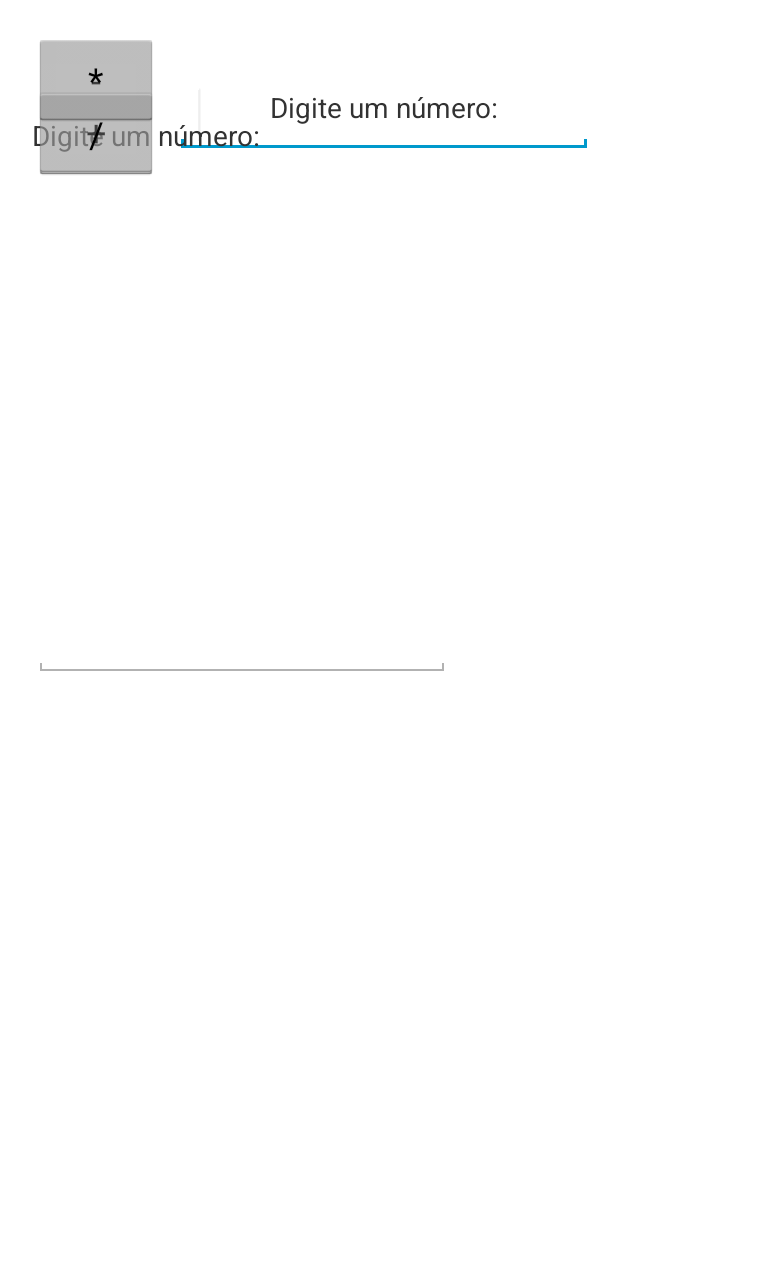
Repository: pbaesse/voice-answer
Layout: Hey!/Raul/teste/Calculadora/res/layout/activity_operacoes.xml
An editor plug-in stored every save of this project. The layout is shown before and after the next save, followed by the edit.
It is drawn on a 768 x 1280 px phone screen (xhdpi) without system bars, with theme AppTheme; the app's code is not run.

Above is the layout before, as saved 2013-12-27 21:55:00.

### Hey!/Raul/teste/Calculadora/res/layout/activity_operacoes.xml
<?xml version="1.0" encoding="utf-8"?>
<RelativeLayout xmlns:android="http://schemas.android.com/apk/res/android"
    xmlns:tools="http://schemas.android.com/tools"
    android:layout_width="match_parent"
    android:layout_height="match_parent"
    android:paddingBottom="@dimen/activity_vertical_margin"
    android:paddingLeft="@dimen/activity_horizontal_margin"
    android:paddingRight="@dimen/activity_horizontal_margin"
    android:paddingTop="@dimen/activity_vertical_margin" >

    <TextView

        android:layout_width="wrap_content"
        android:layout_height="wrap_content"
        android:layout_alignParentTop="true"
        android:layout_centerHorizontal="true"
        android:layout_marginTop="28dp"
        android:text="Digite um número:" />

    <EditText
        android:id="@+Entrada/n1"
        android:layout_width="wrap_content"
        android:layout_height="wrap_content"
        android:layout_below="@+id/textView1"
        android:layout_centerHorizontal="true"
        android:layout_marginTop="22dp"
        android:ems="10" >

        <requestFocus />
    </EditText>

    <TextView

        android:layout_width="wrap_content"
        android:layout_height="wrap_content"
        android:layout_alignLeft="@+id/textView1"
        android:layout_below="@+id/editText1"
        android:layout_marginTop="42dp"
        android:text="Digite um número:" />

    <EditText
        android:id="@+Entrada/n2"
        android:layout_width="wrap_content"
        android:layout_height="wrap_content"
        android:layout_alignLeft="@+id/editText1"
        android:layout_centerVertical="true"
        android:ems="10" />

    <Button
        android:id="@+Botao/Soma"
        android:layout_width="wrap_content"
        android:layout_height="wrap_content"
        android:layout_alignRight="@+id/button1"
        android:layout_below="@+id/button1"
        android:layout_marginTop="26dp"
        android:text="+" />

    <Button
        android:id="@+Botao/Subtracao"
        android:layout_width="wrap_content"
        android:layout_height="wrap_content"
        android:layout_alignBaseline="@+id/button3"
        android:layout_alignBottom="@+id/button3"
        android:layout_alignLeft="@+id/button2"
        android:text="-" />

    <Button
        android:id="@+Botao/Multiplicacao"
        android:layout_width="wrap_content"
        android:layout_height="wrap_content"
        android:layout_above="@+id/button3"
        android:layout_alignRight="@+id/editText2"
        android:text="*" />

    <Button
        android:id="@+Botao/Divisao"
        android:layout_width="wrap_content"
        android:layout_height="wrap_content"
        android:layout_below="@+id/editText2"
        android:layout_marginTop="27dp"
        android:layout_toLeftOf="@+id/textView2"
        android:text="/" />

</RelativeLayout>

Loaded but not shown: Hey!/Raul/teste/Calculadora/res/values/styles.xml (common file); Hey!/Raul/teste/Calculadora/res/values-v11/styles.xml (common file); Hey!/Raul/teste/Calculadora/res/values-v14/styles.xml (common file); Hey!/Raul/teste/Calculadora/res/values/dimens.xml (common file)

After the next save:
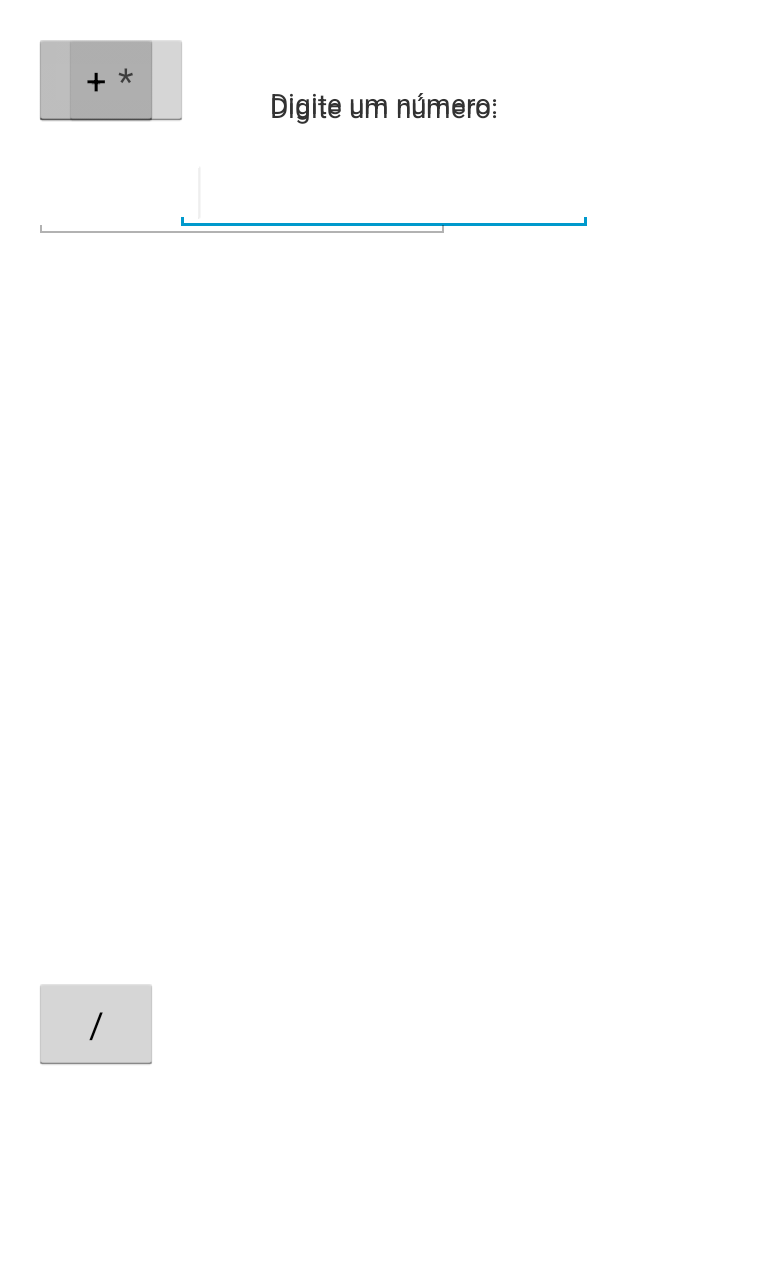
Saved 119 s later.
--- a/Hey!/Raul/teste/Calculadora/res/layout/activity_operacoes.xml
+++ b/Hey!/Raul/teste/Calculadora/res/layout/activity_operacoes.xml
@@ -9,7 +9,7 @@
     android:paddingTop="@dimen/activity_vertical_margin" >
 
     <TextView
-
+        android:id="@+id/textView1"
         android:layout_width="wrap_content"
         android:layout_height="wrap_content"
         android:layout_alignParentTop="true"
@@ -23,62 +23,57 @@
         android:layout_height="wrap_content"
         android:layout_below="@+id/textView1"
         android:layout_centerHorizontal="true"
-        android:layout_marginTop="22dp"
+        android:layout_marginTop="14dp"
         android:ems="10" >
 
         <requestFocus />
     </EditText>
 
     <TextView
-
         android:layout_width="wrap_content"
         android:layout_height="wrap_content"
         android:layout_alignLeft="@+id/textView1"
-        android:layout_below="@+id/editText1"
-        android:layout_marginTop="42dp"
-        android:text="Digite um número:" />
+        android:layout_below="@+Entrada/n1"
+        android:layout_marginTop="26dp"
+        android:text="Digite um número:" android:id="@+id/textView2"/>
+    <EditText android:ems="10" android:id="@+Entrada/n2" android:layout_width="wrap_content" android:layout_height="wrap_content" android:layout_alignLeft="@+Entrada/n1" android:layout_below="@+id/textView2" android:layout_marginTop="20dp"/>
 
-    <EditText
-        android:id="@+Entrada/n2"
+    <Button
+        android:id="@+Botao/Subtracao"
         android:layout_width="wrap_content"
         android:layout_height="wrap_content"
-        android:layout_alignLeft="@+id/editText1"
-        android:layout_centerVertical="true"
-        android:ems="10" />
+        android:layout_alignBaseline="@+Botao/Soma"
+        android:layout_alignBottom="@+Botao/Soma"
+        android:layout_alignRight="@+Entrada/n2"
+        android:layout_marginRight="34dp"
+        android:text="-" />
+
+    <Button
+        android:id="@+Botao/Divisao"
+        android:layout_width="wrap_content"
+        android:layout_height="wrap_content"
+        android:layout_alignLeft="@+Botao/Subtracao"
+        android:layout_alignParentBottom="true"
+        android:layout_marginBottom="88dp"
+        android:text="/" />
+
+    <Button
+        android:id="@+Botao/Multiplicacao"
+        android:layout_width="wrap_content"
+        android:layout_height="wrap_content"
+        android:layout_alignBaseline="@+Botao/Divisao"
+        android:layout_alignBottom="@+Botao/Divisao"
+        android:layout_alignLeft="@+Entrada/n2"
+        android:layout_marginLeft="15dp"
+        android:text="*" />
 
     <Button
         android:id="@+Botao/Soma"
         android:layout_width="wrap_content"
         android:layout_height="wrap_content"
-        android:layout_alignRight="@+id/button1"
-        android:layout_below="@+id/button1"
-        android:layout_marginTop="26dp"
+        android:layout_above="@+Botao/Multiplicacao"
+        android:layout_alignRight="@+Botao/Multiplicacao"
+        android:layout_marginBottom="25dp"
         android:text="+" />
 
-    <Button
-        android:id="@+Botao/Subtracao"
-        android:layout_width="wrap_content"
-        android:layout_height="wrap_content"
-        android:layout_alignBaseline="@+id/button3"
-        android:layout_alignBottom="@+id/button3"
-        android:layout_alignLeft="@+id/button2"
-        android:text="-" />
-
-    <Button
-        android:id="@+Botao/Multiplicacao"
-        android:layout_width="wrap_content"
-        android:layout_height="wrap_content"
-        android:layout_above="@+id/button3"
-        android:layout_alignRight="@+id/editText2"
-        android:text="*" />
-
-    <Button
-        android:id="@+Botao/Divisao"
-        android:layout_width="wrap_content"
-        android:layout_height="wrap_content"
-        android:layout_below="@+id/editText2"
-        android:layout_marginTop="27dp"
-        android:layout_toLeftOf="@+id/textView2"
-        android:text="/" />
-
 </RelativeLayout>
